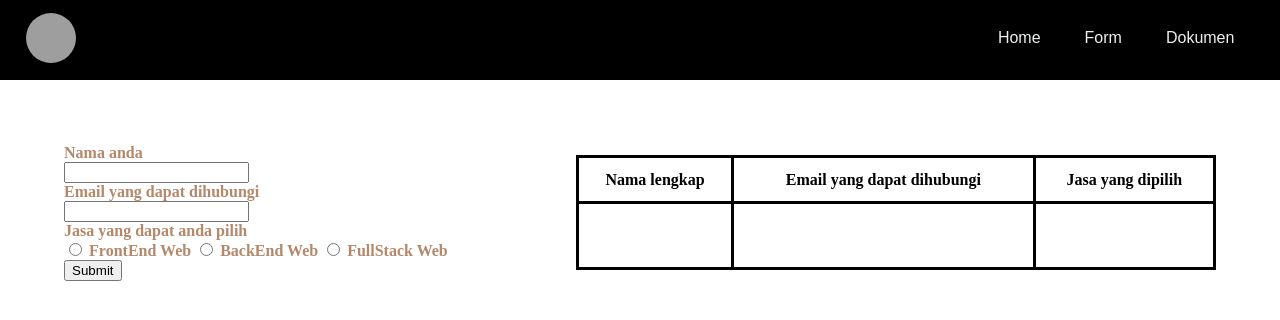
Repository: zecht12/TimModul
Page: TimModul.html
The author's editor kept a copy of each file at every save. The page is drawn from the files as they stood at one save, then again after a run of saves.
The browser window is 1280 px wide. The pictures show the whole page.
Pictures or frames that could not be fetched are drawn as grey boxes.

Above is the page before, as saved 2023-03-14 13:30:04.

After the next 2 saves:
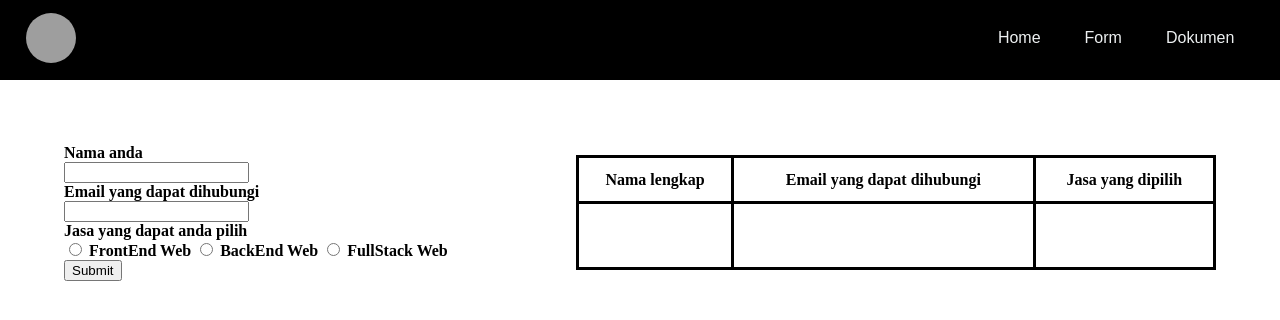
The 2 saves are shown as one change because they came seconds apart.
The last was saved 11 s later.
--- a/style.css
+++ b/style.css
@@ -53,6 +53,6 @@ td{padding: 1%;
     border-color: black;
 }
 label {
-    color: #B4886B;
+    color: black;
     font-weight: bold;
 }
